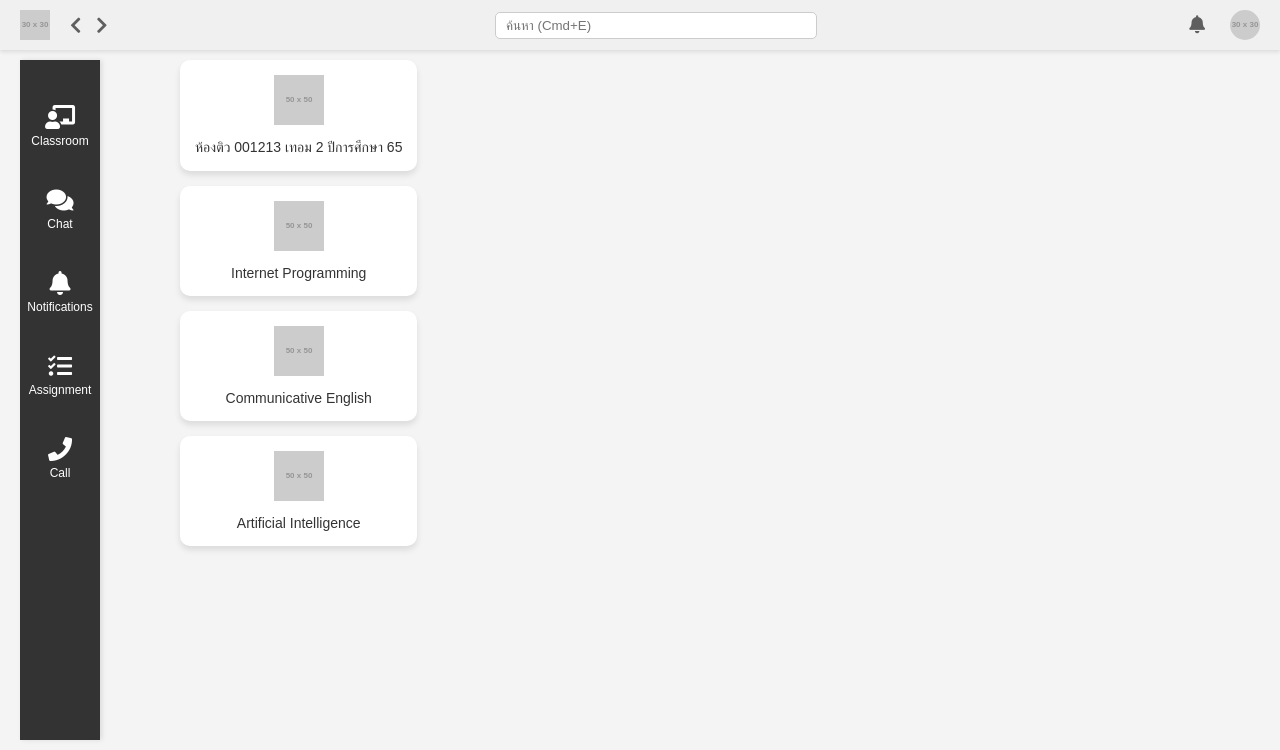
Repository: praifas16/ProPro
Page: docs/studenthead.html
The author's editor kept a copy of each file at every save. The page is drawn from the files as they stood at one save, then again after the next save.
The browser window is 1280 px wide. The pictures show the whole page.

Above is the page before, as saved 2024-08-21 20:47:35.

### docs/studenthead.html
<!DOCTYPE html>
<html lang="th">
  <head>
    <link rel="stylesheet" href="https://cdnjs.cloudflare.com/ajax/libs/font-awesome/5.15.4/css/all.min.css">
    <meta charset="UTF-8" />
    <meta name="viewport" content="width=device-width, initial-scale=1.0" />
    <title>My Dashboard</title>
    <style>
      body {
        font-family: Arial, sans-serif;
        margin: 0;
        padding: 0;
        background-color: #f4f4f4;
        display: flex;
        flex-direction: column;
        height: 100vh;
      }

      /* แถบเมนูด้านบน */
      .topbar {
        background-color: #f0f0f0;
        padding: 10px 20px;
        display: flex;
        align-items: center;
        justify-content: space-between;
        box-shadow: 0px 2px 4px rgba(0, 0, 0, 0.1);
      }

      .topbar .left-section {
        display: flex;
        align-items: center;
      }

      .topbar .left-section .logo {
        display: flex;
        align-items: center;
        margin-right: 20px;
      }

      .topbar .left-section .logo img {
        width: 30px;
        height: 30px;
      }

      .topbar .left-section .navigation {
        display: flex;
        align-items: center;
      }

      .topbar .left-section .navigation i {
        font-size: 18px;
        color: #5f5f5f;
        margin-right: 15px;
        cursor: pointer;
      }

      .topbar .search-bar {
        flex-grow: 1;
        display: flex;
        justify-content: center;
      }

      .topbar .search-bar input {
        width: 300px;
        padding: 5px 10px;
        border-radius: 5px;
        border: 1px solid #ccc;
        background-color: #fff;
        color: #333;
      }

      .topbar .user-section {
        display: flex;
        align-items: center;
      }

      .topbar .user-section img {
        width: 30px;
        height: 30px;
        border-radius: 50%;
        margin-left: 10px;
      }

      .topbar .user-section .notification {
        margin-right: 15px;
        position: relative;
        font-size: 18px;
        color: #5f5f5f;
        cursor: pointer;
      }

      /* เมนูแถบข้าง */
      .sidebar {
        width: 80px;
        background-color: #333;
        color: white;
        height: calc(100vh - 60px); /* Adjusted to take into account the topbar height */
        padding: 10px 0;
        box-shadow: 2px 0 5px rgba(0, 0, 0, 0.1);
        display: flex;
        flex-direction: column;
        align-items: center;
      }

      .menu-items {
        margin-top: 20px; /* ขยับเมนูขึ้นไปด้านบน */
      }

      .sidebar a {
        display: flex;
        flex-direction: column;
        align-items: center;
        color: white;
        padding: 15px;
        text-decoration: none;
        margin-bottom: 10px;
        font-size: 12px;
        text-align: center;
      }

      .sidebar a:hover {
        background-color: #5f5f5f;
        border-radius: 4px;
        width: 100%;
        text-align: center;
      }

      .sidebar i {
        font-size: 24px;
        margin-bottom: 5px;
      }

      /* โครงสร้างหน้าเว็บหลัก */
      .main-content {
        display: flex;
        flex-direction: column;
        flex-grow: 1;
        padding: 10px 20px;
      }

      .container-wrapper {
        display: flex;
        flex-direction: row;
        align-items: flex-start;
      }

      .container {
        margin-left: 80px; /* เว้นที่ด้านซ้ายให้พอดีกับ Sidebar */
        display: grid;
        grid-template-columns: repeat(auto-fill, minmax(120px, 1fr));
        gap: 15px; /* ลดช่องว่างระหว่างการ์ด */
      }

      .card {
        background-color: #ffffff;
        border-radius: 10px;
        box-shadow: 0 4px 6px rgba(0, 0, 0, 0.1);
        text-align: center;
        padding: 15px;
        transition: transform 0.3s;
      }

      .card:hover {
        transform: scale(1.05);
      }

      .card img {
        width: 50px;
        height: 50px;
        margin-bottom: 10px;
      }

      .card p {
        margin: 0;
        font-size: 14px;
        color: #333;
      }
    </style>
  </head>
  <body>
    <!-- แถบเมนูด้านบน -->
    <div class="topbar">
      <div class="left-section">
        <div class="logo">
          <img src="https://via.placeholder.com/30" alt="Logo" />
        </div>
        <div class="navigation">
          <i class="fas fa-chevron-left"></i>
          <i class="fas fa-chevron-right"></i>
        </div>
      </div>
      <div class="search-bar">
        <input type="text" placeholder="ค้นหา (Cmd+E)" />
      </div>
      <div class="user-section">
        <div class="notification">
          <i class="fa fa-bell"></i>
        </div>
        <img src="https://via.placeholder.com/30" alt="User Avatar" />
      </div>
    </div>

    <!-- เนื้อหาหลัก -->
    <div class="main-content">
      <div class="container-wrapper">
        <!-- เมนูแถบข้าง -->
        <div class="sidebar">
          <div class="menu-items">
            <a href="#"
              ><i class="fa fa-chalkboard-teacher"></i><span>Classroom</span></a
            >
            <a href="#"><i class="fa fa-comments"></i><span>Chat</span></a>
            <a href="#"><i class="fa fa-bell"></i><span>Notifications</span></a>
            <a href="#"><i class="fa fa-tasks"></i><span>Assignment</span></a>
            <a href="#"><i class="fa fa-phone"></i><span>Call</span></a>
          </div>
        </div>

        <!-- ส่วนของ .container -->
        <div class="container">
          <div class="card">
            <img src="https://via.placeholder.com/50" alt="icon" />
            <p>ห้องติว 001213 เทอม 2 ปีการศึกษา 65</p>
          </div>
          <div class="card">
            <img src="https://via.placeholder.com/50" alt="icon" />
            <p>Internet Programming</p>
          </div>
          <div class="card">
            <img src="https://via.placeholder.com/50" alt="icon" />
            <p>Communicative English</p>
          </div>
          <div class="card">
            <img src="https://via.placeholder.com/50" alt="icon" />
            <p>Artificial Intelligence</p>
          </div>
          <!-- เพิ่มเติม Card อื่น ๆ ตามต้องการ -->
        </div>
      </div>
    </div>
  </body>
</html>

After the next save:
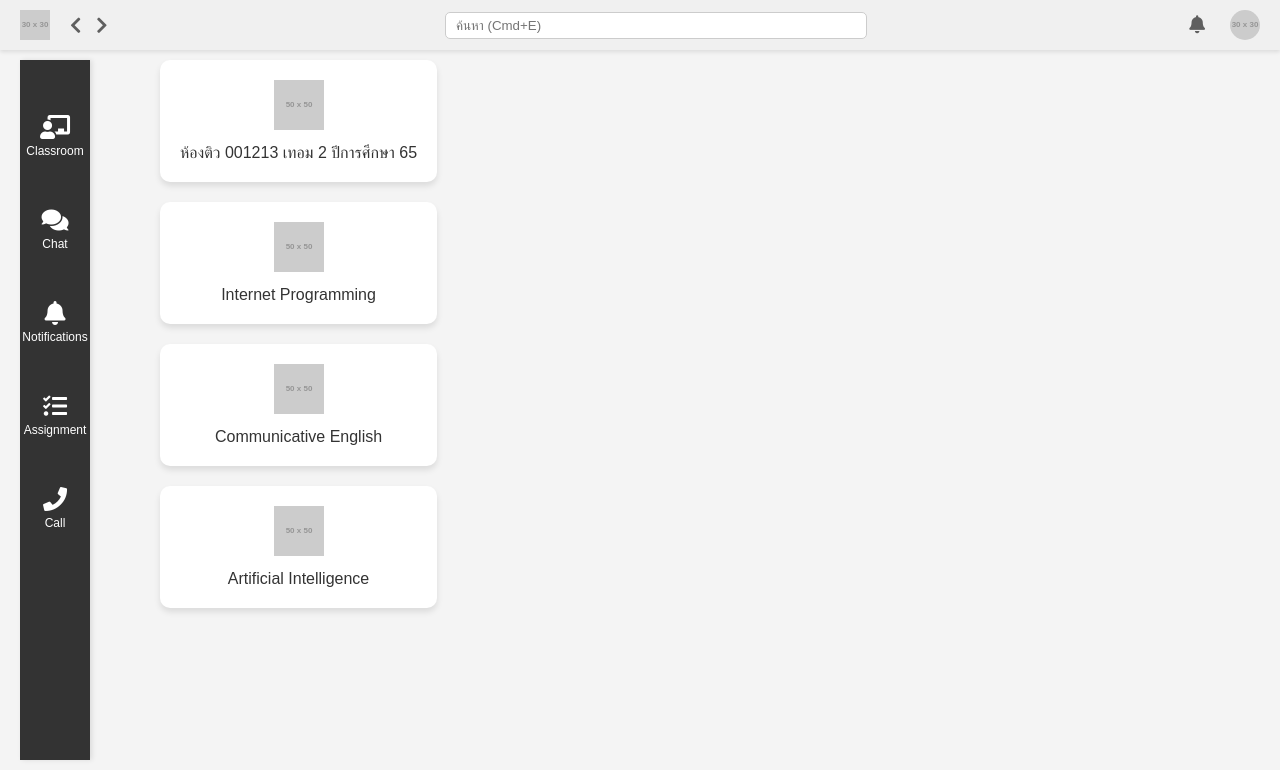
Saved 113 s later.
--- a/docs/studenthead.html
+++ b/docs/studenthead.html
@@ -61,7 +61,7 @@
       }
 
       .topbar .search-bar input {
-        width: 300px;
+        width: 400px; /* ปรับขนาดช่องค้นหาให้เท่ากับขนาดเดิม */
         padding: 5px 10px;
         border-radius: 5px;
         border: 1px solid #ccc;
@@ -91,11 +91,11 @@
 
       /* เมนูแถบข้าง */
       .sidebar {
-        width: 80px;
+        width: 70px; /* ปรับขนาด sidebar ให้เท่ากับขนาดเดิม */
         background-color: #333;
         color: white;
         height: calc(100vh - 60px); /* Adjusted to take into account the topbar height */
-        padding: 10px 0;
+        padding: 20px 0; /* เพิ่มเติม padding เพื่อให้เท่ากับเดิม */
         box-shadow: 2px 0 5px rgba(0, 0, 0, 0.1);
         display: flex;
         flex-direction: column;
@@ -113,7 +113,7 @@
         color: white;
         padding: 15px;
         text-decoration: none;
-        margin-bottom: 10px;
+        margin-bottom: 20px; /* ปรับระยะห่างระหว่างเมนู */
         font-size: 12px;
         text-align: center;
       }
@@ -145,10 +145,10 @@
       }
 
       .container {
-        margin-left: 80px; /* เว้นที่ด้านซ้ายให้พอดีกับ Sidebar */
+        margin-left: 70px; /* เว้นที่ด้านซ้ายให้พอดีกับ Sidebar */
         display: grid;
-        grid-template-columns: repeat(auto-fill, minmax(120px, 1fr));
-        gap: 15px; /* ลดช่องว่างระหว่างการ์ด */
+        grid-template-columns: repeat(auto-fill, minmax(150px, 1fr)); /* ปรับขนาดของ card ให้เท่ากับเดิม */
+        gap: 20px; /* ลดช่องว่างระหว่างการ์ด */
       }
 
       .card {
@@ -156,7 +156,7 @@
         border-radius: 10px;
         box-shadow: 0 4px 6px rgba(0, 0, 0, 0.1);
         text-align: center;
-        padding: 15px;
+        padding: 20px; /* ปรับ padding ของ card */
         transition: transform 0.3s;
       }
 
@@ -172,7 +172,7 @@
 
       .card p {
         margin: 0;
-        font-size: 14px;
+        font-size: 16px;
         color: #333;
       }
     </style>
@@ -207,8 +207,7 @@
         <div class="sidebar">
           <div class="menu-items">
             <a href="#"
-              ><i class="fa fa-chalkboard-teacher"></i><span>Classroom</span></a
-            >
+              ><i class="fa fa-chalkboard-teacher"></i><span>Classroom</span></a>
             <a href="#"><i class="fa fa-comments"></i><span>Chat</span></a>
             <a href="#"><i class="fa fa-bell"></i><span>Notifications</span></a>
             <a href="#"><i class="fa fa-tasks"></i><span>Assignment</span></a>
